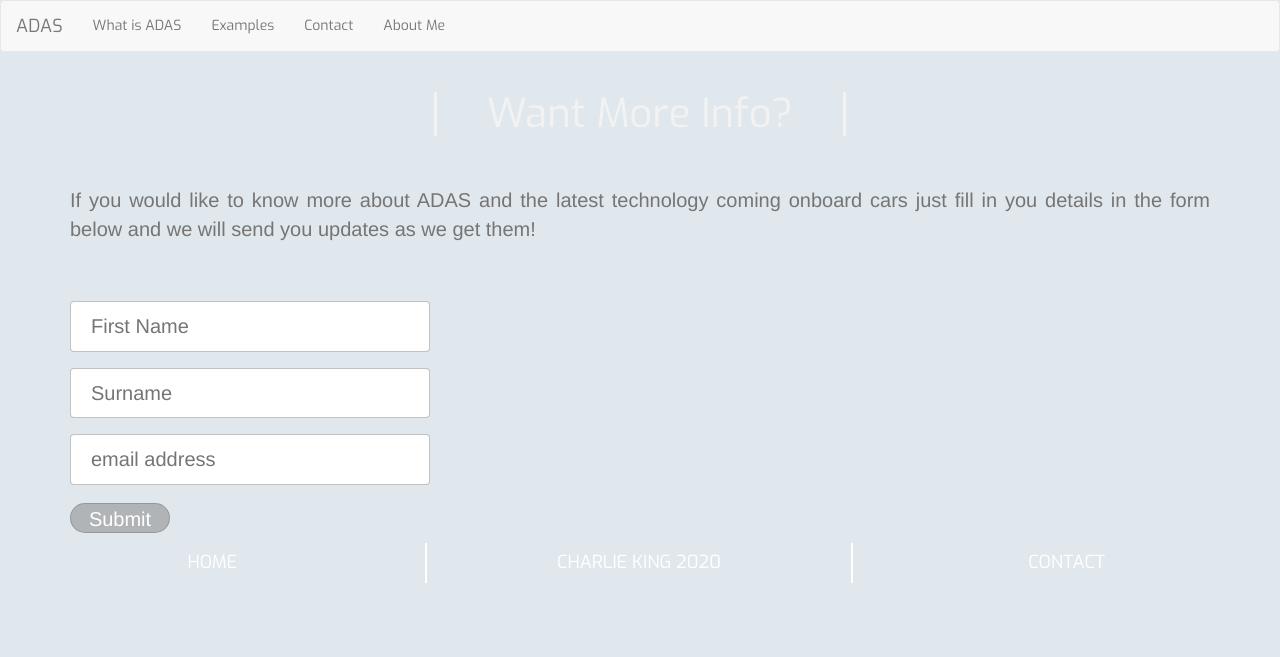
Repository: Cha-K28/First-Milestone-Project
Page: contact.html
The author's editor kept a record of every edit. The page is drawn from the files as they stood at one moment, then again after the next edit.
The browser window is 1280 px wide. The pictures show the whole page.

Above is the page before.

### contact.html
<!DOCTYPE html>
<html lang="en">

<head>
    <meta charset="utf-8">
    <meta name="viewport" content="width=device-width, initial-scale=1">
    <link rel="stylesheet" href="https://maxcdn.bootstrapcdn.com/bootstrap/3.4.1/css/bootstrap.min.css">
    <script src="https://ajax.googleapis.com/ajax/libs/jquery/3.4.1/jquery.min.js"></script>
    <script src="https://maxcdn.bootstrapcdn.com/bootstrap/3.4.1/js/bootstrap.min.js"></script>
    <link href="https://fonts.googleapis.com/css?family=Exo&display=swap" rel="stylesheet">

    <link rel="stylesheet" href="css/style.css" type="text/css" />
    <title>ADAS - What is it?</title>
</head>

<body>
    <!-- header  -->
    <header>
        <nav class="navbar navbar-default">
            <div class="container-fluid">
                <div class="navbar-header">

                    <button type="button" class="navbar-toggle" data-toggle="collapse" data-target="#myNavbar">
                        <span class="icon-bar"></span>
                        <span class="icon-bar"></span>
                        <span class="icon-bar"></span>
                    </button>

                    <a class="navbar-brand" href="index.html">ADAS</a>
                </div>
                <div class="collapse navbar-collapse" id="myNavbar">
                <ul class="nav navbar-nav">
                    <li><a href="what_is_adas.html">What is ADAS</a></li>
                    <li><a href="examples.html">Examples</a></li>
                    <li><a href="contact.html">Contact</a></li>
                    <li><a href="about_me.html">About Me</a></li>
                </ul>
             </div>
        </nav>
    </header>
    <!-- End header  -->
    <div class="container">
        <H1>Want More Info?</H1>

            <p>
                If you would like to know more about ADAS and the latest technology coming onboard cars just fill in you details in the form below and we will send you updates as we get them!
            </p>

            <div class="row">

                <div class="col-md-4">
                    <form>
                        <input type="text" name="first_name" placeholder="First Name" />
                        <input type="text" name="surname" placeholder="Surname" />
                        <input type="email" name="email" placeholder="email address">
                        <input type="submit" value="Submit" />
                    </form>
                </div>

            </div>


    </div>



    <!-- footer -->
    <footer class="container-fluid">
        <div class="row">
            <div>
            <div class="col-sm-4 footer_box">
                <h4><a href="index.html">Home</a></h4>
            </div>
            <div class="col-sm-4 footer_box">
                <h4>Charlie King 2020</h4>

            </div>

            <div class="col-sm-4">
                <h4><a href="contact.html">Contact</a></h4>

            </div>
            </div>
        </div>



    </footer>

    <!-- End footer -->

</body>

</html>

### css/style.css
body {
  background-color: #e1e8ed;
}


/* --------------------------------------- headings etc*/

.top_headings {
  background-color: #75757573;

}

h1 {
  width: fit-content;
  display: block;
  text-align: center;
  font-size: 40px;
  font-family: 'Exo', sans-serif;
  color: #f2f2f2;
  margin-left: auto;
  margin-right: auto;
  padding-left: 50px;
  padding-right: 50px;
  border-left: solid 3px #f2f2f2;
  border-right: solid 3px #f2f2f2;
  margin-bottom: 50px;

}

@media (Min-Width:768px) {

  h1 {
    border-right: solid 3px #f2f2f2;
  }

}

h2 {
  text-align: left;
}


h4 {
  margin-top: 10px;
  text-align: center;
  font-family: 'Exo', sans-serif;
  color: white;
  text-transform: uppercase;
}


/*----------------------------------------------- headings etc close */

/*----------------------------------------------- main content */

.container {

  font-size: 20px;
  color: #757575;
  text-align: justify;

}



.background-image {
  background-image: url(../images/background.png);
  background-size: cover;
  height: 450px;
  width: auto;
  background-position: center;
  background-repeat: no-repeat;
  margin-bottom: 50px;


}

@media (Max-Width:768px) {

  .background-image {
    height: 350px;
  }
}


@media (Max-Width:414px) {

  .background-image {
    height: 200px;
  }
}


.background-image-2 {
  background-image: url(../images/backround_image_2.jpg);
  background-size: cover;
  height: 200px;
  width: auto;
  background-position: center;
  background-repeat: no-repeat;
  margin-bottom: 50px;

}


p {
  margin-bottom: 50px;

}


.bright_background {
  background-color: #f2f2f2;
}


button {
  display: block;
  margin-left: auto;
  margin-right: auto;
  margin-bottom: 15px;
  border-radius: 25px;
  color: white;
  background-color: #af2626;

}

button:hover {
  background-color: #f2f2f2 ;
  border: solid 1px #757575 ;
  transition-duration: 3s;

}


a {
  font-family: "Exo", sans-serif;
  color: white;
}


a:hover {
  color: #757575 ;
  transition-duration: 2s;
}

/*----------------------------------------end main content */



/* ---------------------------------- contact form */

input[type=email] {
  width: 100%;
  background-color: white;
  color: #75757573;
  padding: 10px 20px;
  margin: 8px 0;
  border: solid #75757573 1px;
  border-radius: 4px;
  cursor: pointer;

}

input[type=text] {
  width: 100%;
  background-color: white;
  color: #75757573;
  padding: 10px 20px;
  margin: 8px 0;
  border: solid #75757573 1px;
  border-radius: 4px;
  cursor: pointer;

}

input[type=submit] {
  width: 100px;
  height: 30px;
  border-radius: 25px;
  border: solid #75757573 1px;
  margin-top: 10px;
  color: white;
  background-color: #75757573;
  margin-bottom: 10px;

}

/* ----------------------------------------- Contact Form */



/* ----------------------------footer */

.footer {
  margin-top: 50px;
}


.footer_background {
  background-color: #75757573;
  height: 75px;
  position: relative;
  width: 100%;


}



@media (Min-Width:768px) {

  .footer_box {
    border-right: solid 2px white;
  }

}


/* ------------------------------footer */

After the next edit:
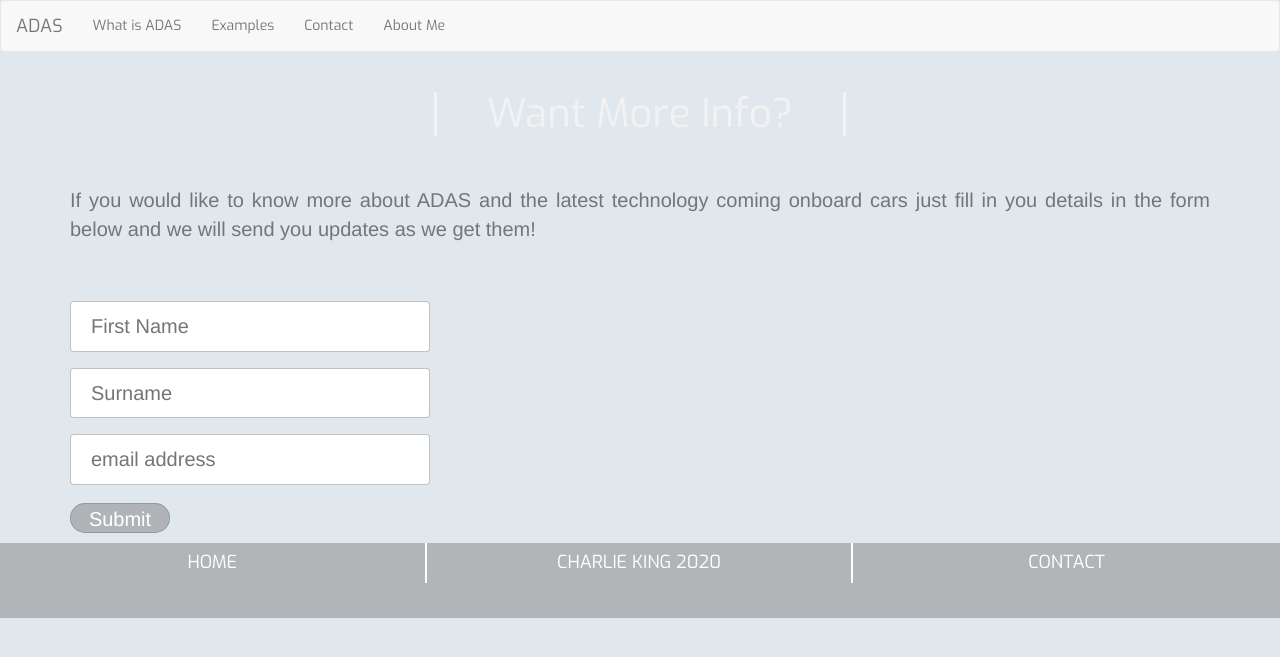
The edit:
--- a/contact.html
+++ b/contact.html
@@ -67,7 +67,7 @@
     <!-- footer -->
     <footer class="container-fluid">
         <div class="row">
-            <div>
+            <div class= "footer_background">
             <div class="col-sm-4 footer_box">
                 <h4><a href="index.html">Home</a></h4>
             </div>
